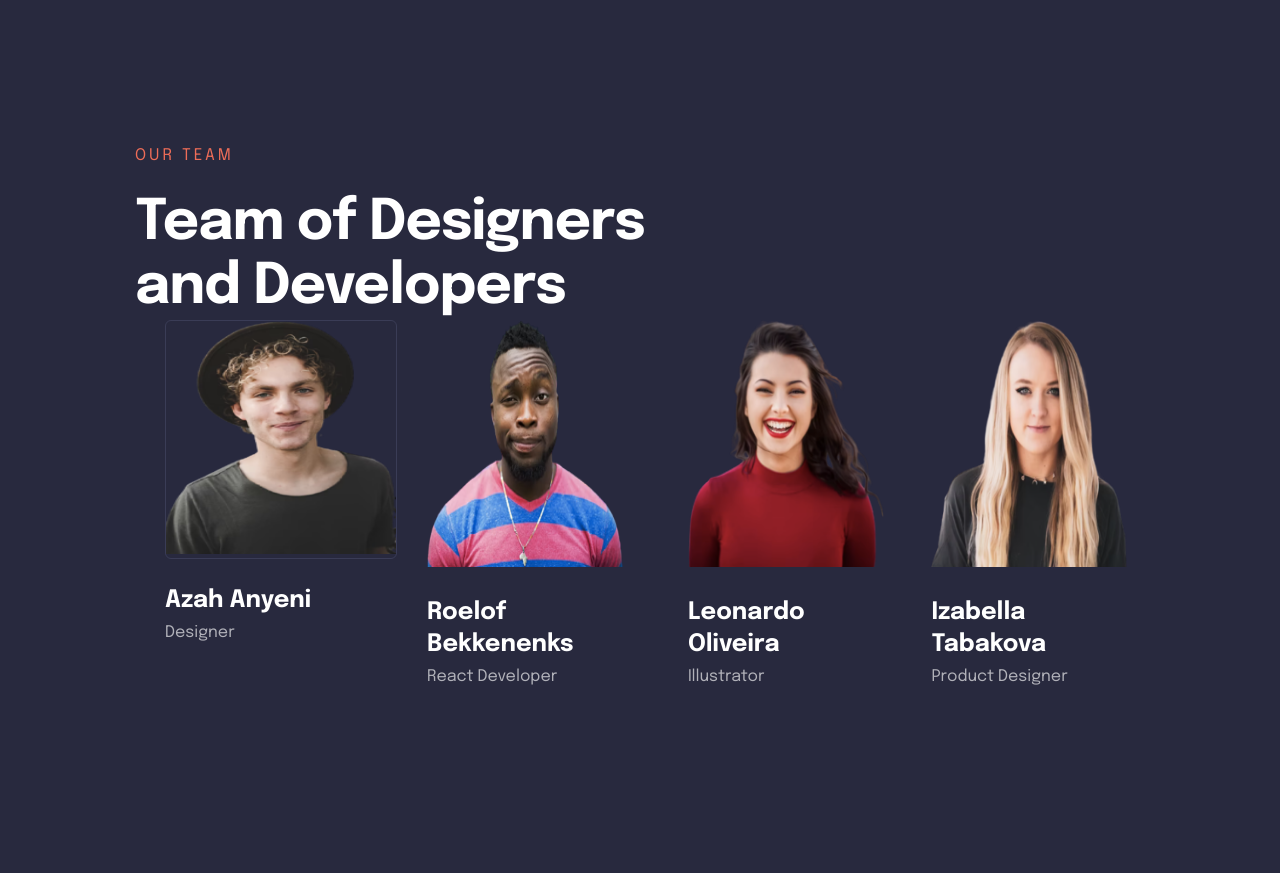
Repository: FaridRustamov09/task13
Page: index.html
An editor plug-in stored every save of this project. The page is shown before and after the next save, followed by the edit.
The browser window is 1280 px wide. The pictures show the whole page.

Above is the page before, as saved 2023-11-27 19:01:38.

### index.html
<!DOCTYPE html>
<html lang="en">
  <head>
    <meta charset="UTF-8" />
    <meta name="viewport" content="width=device-width, initial-scale=1.0" />
    <title>Document</title>
    <link rel="stylesheet" href="index.css" />
  </head>
  <body>
    <div class="container">
      <div class="texts">
        <h2>Our Team</h2>
        <h1>Team of Designers and Developers</h1>
      </div>
      <div class="box-container">
        <div class="box">
          <div class="img-border">
            <img src="Bitmap.png" alt="image human" />
          </div>
          <h3>Azah Anyeni</h3>
          <p>Designer</p>
        </div>
        <div class="box">
          <img src="Bitmap (1).png" alt="image human" />
          <h3>Roelof Bekkenenks</h3>
          <p>React Developer</p>
        </div>
        <div class="box">
          <img src="Bitmap (2).png" alt="image human" />
          <h3>Leonardo Oliveira</h3>
          <p>Illustrator</p>
        </div>
        <div class="box">
          <img src="Bitmap (3).png" alt="image human" />
          <h3>Izabella Tabakova</h3>
          <p>Product Designer</p>
        </div>
      </div>
    </div>
  </body>
</html>

### index.css
@import url("https://fonts.googleapis.com/css2?family=Epilogue:ital,wght@0,400;0,700;1,800&family=Roboto+Slab:wght@700&display=swap");
* {
  margin: 0;
  padding: 0;
  box-sizing: border-box;
}
.container {
  padding: 140px 135px 180px 135px;
  min-height: 100vh;
  background-color: #28293e;
}
.container .texts h2 {
  margin-bottom: 20px;
  color: #ef6d58;
  font-family: Epilogue;
  font-size: 16px;
  font-style: normal;
  font-weight: 400;
  line-height: 32px;
  letter-spacing: 3px;
  text-transform: uppercase;
}
.container .texts h1 {
  width: 531px;
  height: 128px;
  color: #fff;
  font-family: Epilogue;
  font-size: 56px;
  font-style: normal;
  font-weight: 800;
  line-height: 64px;
  letter-spacing: -1px;
}
.box-container {
  display: flex;
}
.box {
  margin-left: 30px;
  /* padding: 24px 37px 1px 37px; */

}
.box .img-border{
  border-radius: 6px;
  border: 1px solid #3a3c56;
}
img:first-child{
  width: 196px;
height: 247px;
}
img:nth-child(2){
  width: 259px;
height: 232px;
}
img:nth-child(3){
  width: 205px;
height: 238px;
}
img:last-child{
  width: 230px;
height: 233px;
}

.box-container .box h3 {
  padding-top: 26px;
  color: #fff;
  font-family: Epilogue;
  font-size: 24px;
  font-style: normal;
  font-weight: 700;
  line-height: 32px;
}
.box-container .box p {
  color: var(--Text_Light_Gray, rgba(255, 255, 255, 0.64));
  font-family: Epilogue;
  font-size: 16px;
  font-style: normal;
  font-weight: 400;
  line-height: 32px;
}
.box-container .box-2 h3 {
  padding-top: 26px;
  color: #fff;
  font-family: Epilogue;
  font-size: 24px;
  font-style: normal;
  font-weight: 700;
  line-height: 32px;
}
.box-container .box-2 p {
  color: var(--Text_Light_Gray, rgba(255, 255, 255, 0.64));
  font-family: Epilogue;
  font-size: 16px;
  font-style: normal;
  font-weight: 400;
  line-height: 32px;
}

After the next save:
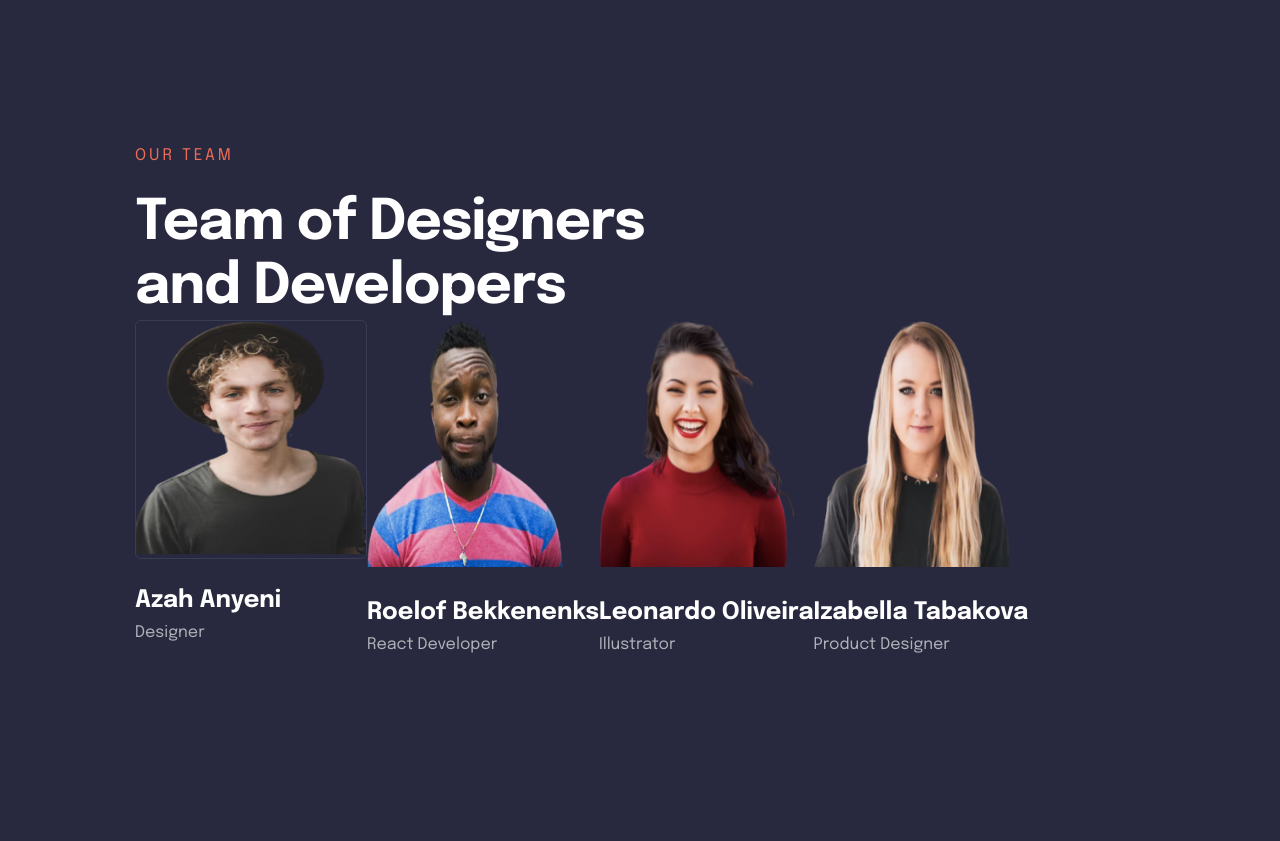
Saved 14 s later.
--- a/index.css
+++ b/index.css
@@ -35,7 +35,7 @@
   display: flex;
 }
 .box {
-  margin-left: 30px;
+  /* margin-left: 30px; */
   /* padding: 24px 37px 1px 37px; */
 
 }
